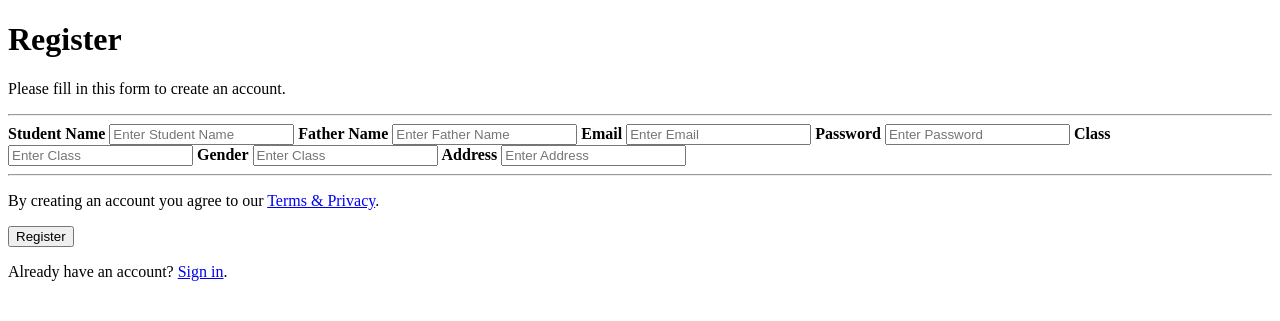
Repository: laxmichauhan/Student-Data-Insertion
Page: Application1/WebContent/register.html
An editor plug-in stored every save of this project. The page is shown before and after the next save, followed by the edit.
The browser window is 1280 px wide. The pictures show the whole page.

Above is the page before, as saved 2019-02-19 07:12:48.

### Application1/WebContent/register.html
<!DOCTYPE html>
<html>
<head>
<meta charset="ISO-8859-1">
<title>Insert title here</title>
</head>
<body>
<form>
  <div class="container">
    <h1>Register</h1>
    <p>Please fill in this form to create an account.</p>
    <hr>
    <label for="Student Name"><b>Student Name</b></label>
    <input type="text" placeholder="Enter Student Name" name="name" required>

	<label for="Father Name"><b>Father Name</b></label>
    <input type="text" placeholder="Enter Father Name" name="fname" required>

    <label for="email"><b>Email</b></label>
    <input type="text" placeholder="Enter Email" name="email" required>

    <label for="psw"><b>Password</b></label>
    <input type="password" placeholder="Enter Password" name="psw" required>

	<label for="Class"><b>Class</b></label>
    <input type="text" placeholder="Enter Class" name="class" required>

    <label for="Gender"><b>Gender</b></label>
    <input type="text" placeholder="Enter Class" name="class" required>

    <label for="Address"><b>Address</b></label>
    <input type="textarea" placeholder="Enter Address" name="address" required>
    <hr>

    <p>By creating an account you agree to our <a href="#">Terms & Privacy</a>.</p>
    <button type="submit" class="registerbtn">Register</button>
  </div>

  <div class="container signin">
    <p>Already have an account? <a href="#">Sign in</a>.</p>
  </div>
</form>
</form>

</body>
</html>

After the next save:
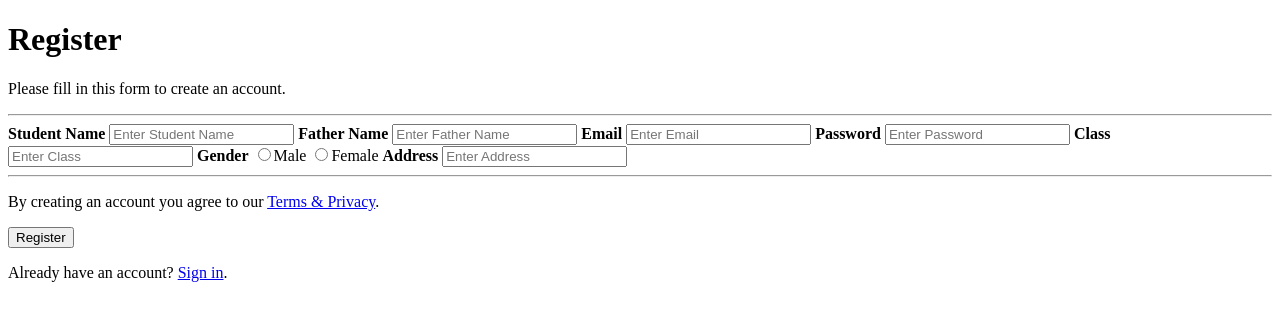
Saved 2 min 11 s later.
--- a/Application1/WebContent/register.html
+++ b/Application1/WebContent/register.html
@@ -26,7 +26,8 @@
     <input type="text" placeholder="Enter Class" name="class" required>
 
     <label for="Gender"><b>Gender</b></label>
-    <input type="text" placeholder="Enter Class" name="class" required>
+    <input type="radio" name="gender" value="Male"/>Male
+     <input type="radio" name="gender" value="Female"/>Female
 
     <label for="Address"><b>Address</b></label>
     <input type="textarea" placeholder="Enter Address" name="address" required>
